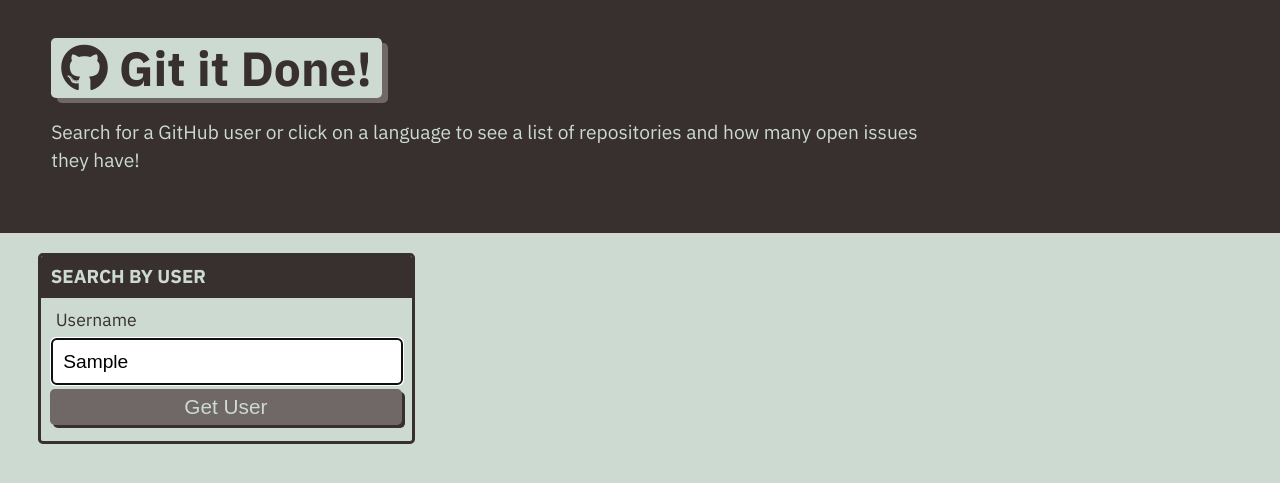
Repository: cobalt88/git-it-done
Page: index.html
An editor plug-in stored every save of this project. The page is shown before and after the next save, followed by the edit.
The browser window is 1280 px wide. The pictures show the whole page.
Empty fields were first filled with sample values (such as "Sample", 5 or name@example.com).
After loading, the first visible `#user-form` was submitted once.
The page's requests for data from a server got no answer. Some web libraries are served in a nearby version.

Above is the page before, as saved 2022-03-24 14:41:14.

### index.html
<!DOCTYPE html>
<html lang="en">

<head>
  <meta charset="UTF-8">
  <meta name="viewport" content="width=device-width, initial-scale=1.0">
  <meta http-equiv="X-UA-Compatible" content="ie=edge">
  <link href="https://fonts.googleapis.com/css?family=IBM+Plex+Sans:400,400i,700&display=swap" rel="stylesheet">
  <link rel="stylesheet" href="https://cdnjs.cloudflare.com/ajax/libs/font-awesome/5.11.2/css/all.min.css">
  <link rel="stylesheet" href="./assets/css/style.css" />
  <title>Git it Done</title>
</head>

<body class="flex-column min-100-vh">
  <header class="hero">
    <h1 class="app-title"><i class="fab fa-github"></i> Git it Done!</h1>
    <p>Search for a GitHub user or click on a language to see a list of repositories and how many open issues they have!
    </p>
  </header>


  <main class="flex-row justify-space-between">
    <div class="col-12 col-md-4">
      <div class="card">
        <h3 class="card-header text-uppercase">Search By User</h3>
        <form id="user-form" class="card-body">
          <label class="form-label" for="username">Username</label>
          <input name="username" id="username" type="text" autofocus="true" class="form-input" />
          <button type="submit" class="btn">Get User</button>
        </form>
      </div>

    </div>

    <div class="col-12 col-md-8">

    </div>
  </main>
<script src="./assets/js/homepage.js"></script>
</body>

</html>

### assets/css/style.css
:root {
  --primary: #ccdad1;
  --secondary: #9caea9;
  --tertiary: #788585;
  --light-dark: #6f6866;
  --dark: #38302e;
  --border-radius: .3rem;
}

* {
  box-sizing: border-box;
}

body {
  background-color: var(--primary);
  margin: 0;
  padding: 0;
  font-family: "IBM Plex Sans", sans-serif;
  color: var(--dark);
  line-height: 1.5;
  font-size: 16px;
}

h1,
h2,
h3,
h4,
h5,
h6 {
  font-weight: 700;
  margin: 0;
  color: var(--dark);
  line-height: 1.25;
}

main {
  margin: 20px auto;
  width: 94%;
}

p {
  font-size: 1.2rem;
}

 .btn {
  font-size: 1.3rem;
  text-decoration:none;
  padding: 6px 5px;
  width: 100%;
  display: block;
  margin: 5px 0;
  border-radius: var(--border-radius);
  color: var(--primary);
  border: none;
  outline: none;
  background-color: var(--light-dark);
  box-shadow: 3px 3px var(--dark);
  transform: translate(-1px, -1px);
}

 .btn:hover {
  color: var(--primary);
  background-color: var(--tertiary);
  transform: translate(0, 0);
  box-shadow: 2px 2px var(--dark);
}

.btn-inline {
  display: inline;
}

.btn-back {
  border-radius: var(--border-radius);
  color: var(--primary);
  border: none;
  outline: none;
  background-color: var(--light-dark);
  box-shadow: 3px 3px var(--secondary);
  transform: translate(-1px, -1px);
  display: inline-block;
  width: auto;
  margin-top: 20px;
  padding: 15px;
  text-decoration: none;
  font-size: 1.2rem;
}

 .btn-back:hover {
  color: var(--primary);
  background-color: var(--tertiary);
  transform: translate(0, 0);
  box-shadow: 2px 2px var(--dark);
}

.hero {
  padding: 3% 4%;
  background-color: var(--dark);
  color: var(--primary);
}

.hero p {
  max-width: 75%;
}

.app-title {
  font-size: 3rem;
  background-color: var(--primary);
  color: var(--dark);
  padding: 0 10px;
  display: inline-block;
  border-radius: var(--border-radius);
  box-shadow: 6px 5px var(--light-dark);
}

.list-group {
  padding: 0;
  list-style: none;
}

.list-item {
  margin-bottom: 10px;
  padding: 1.5%;
  border-radius: var(--border-radius);
  background-color: var(--light-dark);
  color: var(--primary);
  text-decoration: none;
}

.list-item:hover {
  background-color: var(--dark);
}

.status-icon {
  padding: 2px 5px;
  margin: 0 5px;
  background-color: rgba(255,255,255, 1);
  border-radius: var(--border-radius);
}

.icon-danger {
  color: rgb(255, 70, 70);
}

.icon-success {
  color: rgb(29, 153, 255);
}

/* CARDS */
.card {
  margin: 0 0 20px 0;
  border: 3px solid var(--dark);
  border-radius: var(--border-radius);
}

.card-header {
  color: var(--primary);
  background-color: var(--dark);
  padding: 2.5%;
  border-radius: calc(.18rem - 1px) calc(.18rem - 1px) 0 0;
}

.card-body {
  padding: 2.5%;
}

/* FORM */
.form-label,
.form-input,
.form-textarea {
  display: block;
}

.form-label {
  font-size: 1.1rem;
  margin: 0 0 0 5px;
}

.form-input {
  width: 100%;
  padding: 3%;
  margin: 5px 0;
  font-size: 1.2rem;
  border: 2px solid var(--light-dark);
  border-radius: var(--border-radius);
}

/* HEIGHT / WIDTH UTILS */
.min-100-vh {
  min-height: 100vh;
}

.min-100-vw {
  min-width: 100vw;
}

/* FONT UTILS */
.text-uppercase {
  text-transform: uppercase;
}


/* FLEX CONTENT */
.flex-row {
  display: flex;
  flex-wrap: wrap;
}

.flex-column {
  display: flex;
  flex-direction: column;
  flex-wrap: wrap;
}

.justify-space-between {
  justify-content: space-between;
}

.justify-space-around {
  justify-content: space-around;
}

.justify-flex-start {
  justify-content: flex-start
}

.justify-flex-end {
  justify-content: flex-end;
}

.justify-center {
  justify-content: center;
}

.align-stretch {
  align-items: stretch;
}

.align-end {
  align-items: flex-end;
}

.align-center {
  align-items: center;
}

.col-auto {
  flex-grow: 1;
}

.col-1 {
  flex: 0 0 calc(100% * 1 / 12 - 2%);
}

.col-2 {
  flex: 0 0 calc(100% * 2 / 12 - 2%);
}

.col-3 {
  flex: 0 0 calc(100% * 3 / 12 - 2%);
}

.col-4 {
  flex: 0 0 calc(100% * 4 / 12 - 2%);
}

.col-5 {
  flex: 0 0 calc(100% * 5 / 12 - 2%);
}

.col-6 {
  flex: 0 0 calc(100% * 6 / 12 - 2%);
}

.col-7 {
  flex: 0 0 calc(100% * 7 / 12 - 2%);
}

.col-8 {
  flex: 0 0 calc(100% * 8 / 12 - 2%);
}

.col-9 {
  flex: 0 0 calc(100% * 9 / 12 - 2%);
}

.col-10 {
  flex: 0 0 calc(100% * 10 / 12 - 2%);
}

.col-11 {
  flex: 0 0 calc(100% * 11 / 12 - 2%);
}

.col-12 {
  flex: 0 0 100%;
}

/* col-sm */
@media screen and (min-width: 640px) {
  .col-sm-1 {
    flex: 0 0 calc(100% * 1 / 12 - 2%);
  }

  .col-sm-2 {
    flex: 0 0 calc(100% * 2 / 12 - 2%);
  }

  .col-sm-3 {
    flex: 0 0 calc(100% * 3 / 12 - 2%);
  }

  .col-sm-4 {
    flex: 0 0 calc(100% * 4 / 12 - 2%);
  }

  .col-sm-5 {
    flex: 0 0 calc(100% * 5 / 12 - 2%);
  }

  .col-sm-6 {
    flex: 0 0 calc(100% * 6 / 12 - 2%);
  }

  .col-sm-7 {
    flex: 0 0 calc(100% * 7 / 12 - 2%);
  }

  .col-sm-8 {
    flex: 0 0 calc(100% * 8 / 12 - 2%);
  }

  .col-sm-9 {
    flex: 0 0 calc(100% * 9 / 12 - 2%);
  }

  .col-sm-10 {
    flex: 0 0 calc(100% * 10 / 12 - 2%);
  }

  .col-sm-11 {
    flex: 0 0 calc(100% * 11 / 12 - 2%);
  }

  .col-sm-12 {
    flex: 0 0 100%;
  }
}


/* col-md */
@media screen and (min-width: 768px) {
  .col-md-1 {
    flex: 0 0 calc(100% * 1 / 12 - 2%);
  }

  .col-md-2 {
    flex: 0 0 calc(100% * 2 / 12 - 2%);
  }

  .col-md-3 {
    flex: 0 0 calc(100% * 3 / 12 - 2%);
  }

  .col-md-4 {
    flex: 0 0 calc(100% * 4 / 12 - 2%);
  }

  .col-md-5 {
    flex: 0 0 calc(100% * 5 / 12 - 2%);
  }

  .col-md-6 {
    flex: 0 0 calc(100% * 6 / 12 - 2%);
  }

  .col-md-7 {
    flex: 0 0 calc(100% * 7 / 12 - 2%);
  }

  .col-md-8 {
    flex: 0 0 calc(100% * 8 / 12 - 2%);
  }

  .col-md-9 {
    flex: 0 0 calc(100% * 9 / 12 - 2%);
  }

  .col-md-10 {
    flex: 0 0 calc(100% * 10 / 12 - 2%);
  }

  .col-md-11 {
    flex: 0 0 calc(100% * 11 / 12 - 2%);
  }

  .col-md-12 {
    flex: 0 0 100%;
  }
}

/* col-lg */
@media screen and (min-width: 992px) {
  .col-lg-1 {
    flex: 0 0 calc(100% * 1 / 12 - 2%);
  }

  .col-lg-2 {
    flex: 0 0 calc(100% * 2 / 12 - 2%);
  }

  .col-lg-3 {
    flex: 0 0 calc(100% * 3 / 12 - 2%);
  }

  .col-lg-4 {
    flex: 0 0 calc(100% * 4 / 12 - 2%);
  }

  .col-lg-5 {
    flex: 0 0 calc(100% * 5 / 12 - 2%);
  }

  .col-lg-6 {
    flex: 0 0 calc(100% * 6 / 12 - 2%);
  }

  .col-lg-7 {
    flex: 0 0 calc(100% * 7 / 12 - 2%);
  }

  .col-lg-8 {
    flex: 0 0 calc(100% * 8 / 12 - 2%);
  }

  .col-lg-9 {
    flex: 0 0 calc(100% * 9 / 12 - 2%);
  }

  .col-lg-10 {
    flex: 0 0 calc(100% * 10 / 12 - 2%);
  }

  .col-lg-11 {
    flex: 0 0 calc(100% * 11 / 12 - 2%);
  }

  .col-lg-12 {
    flex: 0 0 100%;
  }
}

/* col-xl */
@media screen and (min-width: 1200px) {
  .col-xl-1 {
    flex: 0 0 calc(100% * 1 / 12 - 2%);
  }

  .col-xl-2 {
    flex: 0 0 calc(100% * 2 / 12 - 2%);
  }

  .col-xl-3 {
    flex: 0 0 calc(100% * 3 / 12 - 2%);
  }

  .col-xl-4 {
    flex: 0 0 calc(100% * 4 / 12 - 2%);
  }

  .col-xl-5 {
    flex: 0 0 calc(100% * 5 / 12 - 2%);
  }

  .col-xl-6 {
    flex: 0 0 calc(100% * 6 / 12 - 2%);
  }

  .col-xl-7 {
    flex: 0 0 calc(100% * 7 / 12 - 2%);
  }

  .col-xl-8 {
    flex: 0 0 calc(100% * 8 / 12 - 2%);
  }

  .col-xl-9 {
    flex: 0 0 calc(100% * 9 / 12 - 2%);
  }

  .col-xl-10 {
    flex: 0 0 calc(100% * 10 / 12 - 2%);
  }

  .col-xl-11 {
    flex: 0 0 calc(100% * 11 / 12 - 2%);
  }

  .col-xl-12 {
    flex: 0 0 100%;
  }
}

### assets/js/homepage.js
var userFormEl = document.querySelector("#user-form");
var nameInputEl = document.querySelector("#username");


var getUserRepos = function(user) {
  // format the github api url
  var apiUrl = "https://api.github.com/users/" + user + "/repos";

  // make a get request to url
  fetch(apiUrl).then(function(response) {
    console.log(response);
    response.json().then(function(data) {
      console.log(data);
    });
  });
};

var formSubmitHandler = function(event) {
  event.preventDefault();
  console.log(event);
};



getUserRepos();
userFormEl.addEventListener("submit", formSubmitHandler);

After the next save:
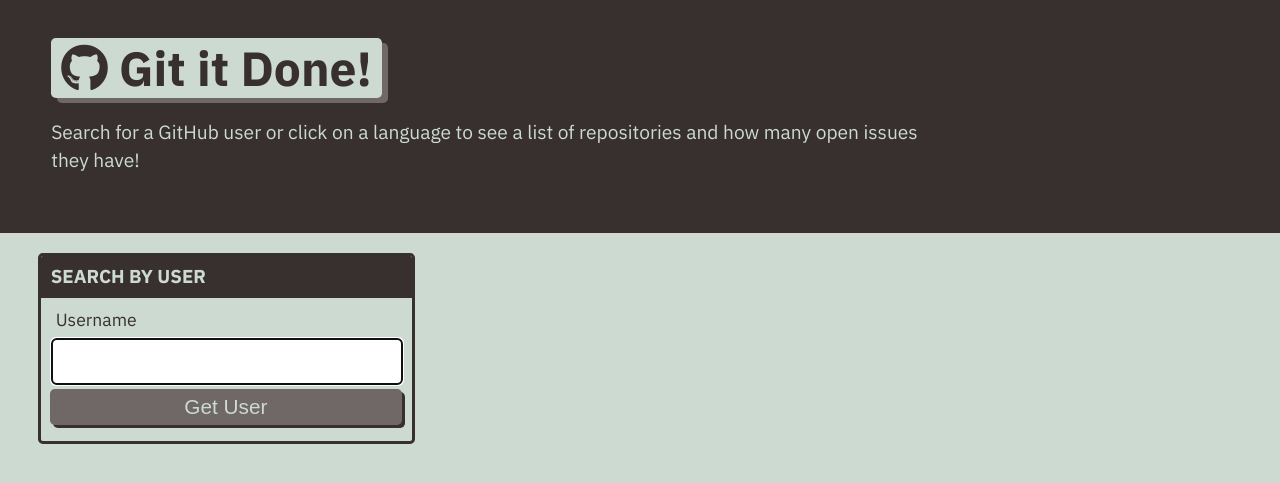
Saved 3 min 6 s later.
--- a/assets/js/homepage.js
+++ b/assets/js/homepage.js
@@ -17,6 +17,15 @@
 
 var formSubmitHandler = function(event) {
   event.preventDefault();
+  // get value from input element
+var username = nameInputEl.value.trim();
+
+if (username) {
+  getUserRepos(username);
+  nameInputEl.value = "";
+} else {
+  alert("Please enter a GitHub username");
+}
   console.log(event);
 };
 
